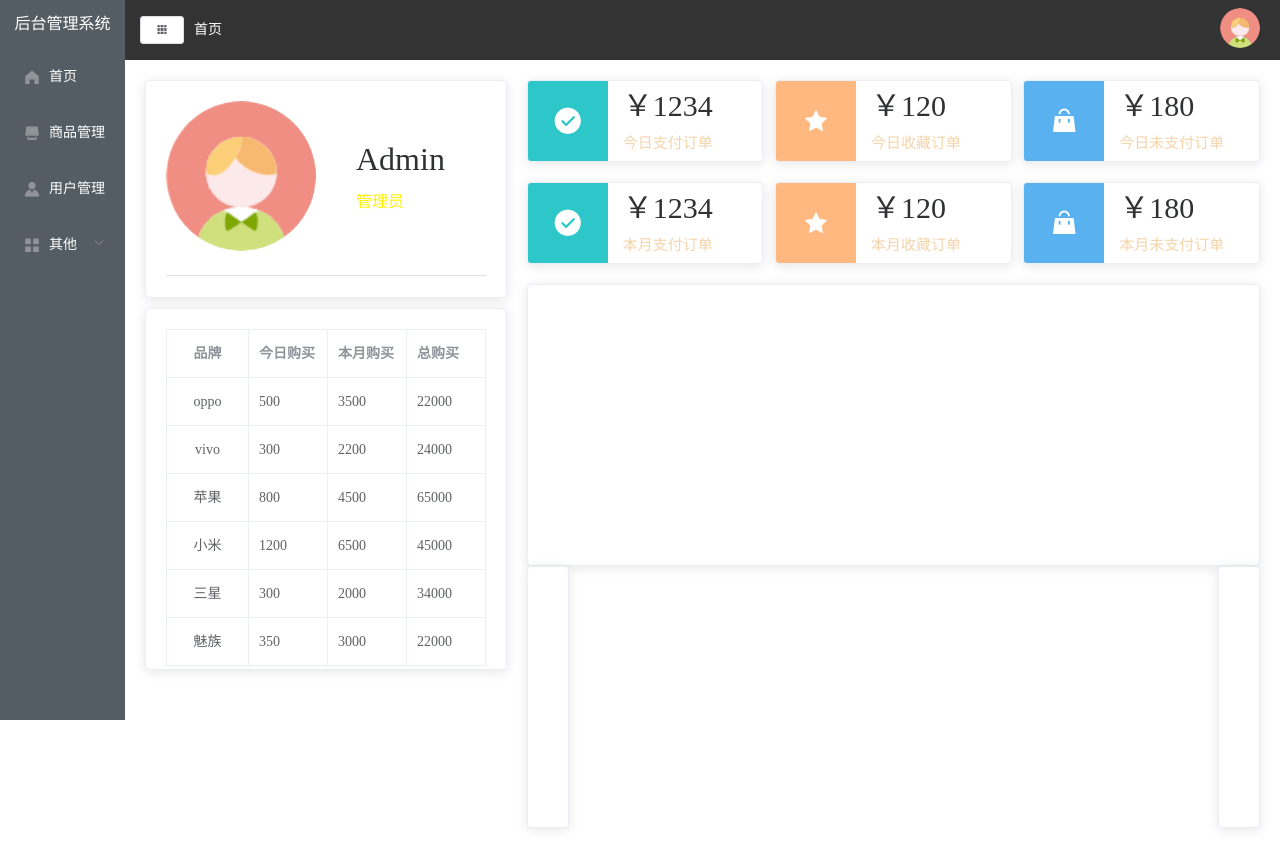
Repository: tkqi/manage
Page: /
The author's editor kept a copy of each file at every save. The page is drawn from the files as they stood at one save, then again after the next save.
The browser window is 1280 px wide. The pictures show the whole page.
The project was rebuilt for these pictures with package versions that can differ from the ones it lists, and the page was loaded fresh each time. Also part of the build but not shown: vue.config.js.

Above is the page before, as saved 2023-12-06 18:53:58.

### src/main.js
import Vue from 'vue'
import App from './App.vue'
import router from './router'
import store from './store'
import ElementUI from 'element-ui';
import 'element-ui/lib/theme-chalk/index.css';
import '@/api/mock'

Vue.config.productionTip = false
Vue.use(ElementUI);

new Vue({
  router,
  store,
  render: h => h(App)
}).$mount('#app')

### src/App.vue
<template>
  <div id="app">
    <!-- 路由出口 -->
    <router-view />
  </div>
</template>

<script>
export default {
  name: 'App'
}
</script>

<style lang="less">
html,
body,
h3,
p {
  margin: 0;
  padding: 0;
}
</style>

### src/router/index.js
/* eslint-disable no-unused-vars */
import Vue from 'vue'
import VueRouter from 'vue-router'
import routes from './routes'
Vue.use(VueRouter)


const router = new VueRouter({
  routes: routes
})

router.afterEach((to, from)=>{
  document.title = to.meta.title;
})

// 暴露router实例
export default router

### src/store/index.js
import Vue from 'vue'
import Vuex from 'vuex'
import tab from './tab.js'

Vue.use(Vuex)

const store = new Vuex.Store({
  state: {

  },
  getters: {
  },
  mutations: {
  },
  actions: {
  },
  modules: {
    tab
  }
})

export default store;

### src/api/mock.js
import mockjs from "mockjs";
import home from '@/api/MockServerData/home'


// 定义mock请求拦截
mockjs.mock('/api/home/getdata', 'get', home.getStatisticalData)

### src/router/routes.js
export default [
    // 主路由
    {
        path: '/',
        component: () => import('../views/Main.vue'),
        redirect: '/home',// 重定向
        // 子路由
        children: [
            {
                // 首页
                path: '/home',
                // 路由组件懒加载
                component: () => import('../views/Home.vue'),
                meta: { title: '首页' }
            },
            {
                // 用户管理
                path: '/user',
                component: () => import('../views/User.vue'),
                meta: { title: '用户管理' }
            },
            {
                // 商品管理
                path: '/mall',
                component: () => import('../views/Mall.vue'),
                meta: { title: '商品管理' }
            },
            {
                // 其他/页面1
                path: '/page1',
                component: () => import('../views/Page1.vue'),
                meta: { title: '页面1' }
            },
            {
                // 其他/页面2
                path: '/page2',
                component: () => import('../views/Page2.vue'),
                meta: { title: '页面2' }
            },
        ]
    },
    {
        path: '/home',
        // 路由组件懒加载
        component: () => import('../views/Home.vue')
    },
    {
        path: '/user',
        component: () => import('../views/User.vue')
    }
]

### src/store/tab.js
// 菜单相关数据
export default {
    state: {
        isCollapse: false
    },
    getters: {
        getisCollapse: (state) => state.isCollapse
    },
    mutations: {
        EDITIsCollapse(state){
            state.isCollapse = !state.isCollapse;
        }
    }
}

### src/api/MockServerData/home.js
// mock数据模拟
import Mock from 'mockjs'

// 图表数据
let List = []
export default {
  getStatisticalData: () => {
    //Mock.Random.float 产生随机数100到8000之间 保留小数 最小0位 最大0位
    for (let i = 0; i < 7; i++) {
      List.push(
        Mock.mock({
          苹果: Mock.Random.float(100, 8000, 0, 0),
          vivo: Mock.Random.float(100, 8000, 0, 0),
          oppo: Mock.Random.float(100, 8000, 0, 0),
          魅族: Mock.Random.float(100, 8000, 0, 0),
          三星: Mock.Random.float(100, 8000, 0, 0),
          小米: Mock.Random.float(100, 8000, 0, 0)
        })
      )
    }
    return {
      code: 20000,
      data: {
        // 饼图
        videoData: [
          {
            name: '小米',
            value: 2999
          },
          {
            name: '苹果',
            value: 5999
          },
          {
            name: 'vivo',
            value: 1500
          },
          {
            name: 'oppo',
            value: 1999
          },
          {
            name: '魅族',
            value: 2200
          },
          {
            name: '三星',
            value: 4500
          }
        ],
        // 柱状图
        userData: [
          {
            date: '周一',
            new: 5,
            active: 200
          },
          {
            date: '周二',
            new: 10,
            active: 500
          },
          {
            date: '周三',
            new: 12,
            active: 550
          },
          {
            date: '周四',
            new: 60,
            active: 800
          },
          {
            date: '周五',
            new: 65,
            active: 550
          },
          {
            date: '周六',
            new: 53,
            active: 770
          },
          {
            date: '周日',
            new: 33,
            active: 170
          }
        ],
        // 折线图
        orderData: {
          date: ['20191001', '20191002', '20191003', '20191004', '20191005', '20191006', '20191007'],
          data: List
        },
        tableData: [
          {
            name: 'oppo',
            todayBuy: 500,
            monthBuy: 3500,
            totalBuy: 22000
          },
          {
            name: 'vivo',
            todayBuy: 300,
            monthBuy: 2200,
            totalBuy: 24000
          },
          {
            name: '苹果',
            todayBuy: 800,
            monthBuy: 4500,
            totalBuy: 65000
          },
          {
            name: '小米',
            todayBuy: 1200,
            monthBuy: 6500,
            totalBuy: 45000
          },
          {
            name: '三星',
            todayBuy: 300,
            monthBuy: 2000,
            totalBuy: 34000
          },
          {
            name: '魅族',
            todayBuy: 350,
            monthBuy: 3000,
            totalBuy: 22000
          }
        ]
      }
    }
  }
}

### src/views/Main.vue
<!-- eslint-disable vue/multi-word-component-names -->
<template>
    <div>
        <el-container>
            <el-aside width="auto">
                <sidebar />
            </el-aside>
            <el-container>
                <el-header>
                    <topbar />
                </el-header>
                <el-main>
                    <transition>
                        <keep-alive>
                            <router-view />
                        </keep-alive>
                    </transition>
                </el-main>
            </el-container>
        </el-container>
    </div>
</template>

<script>
import sidebar from '../components/sidebar.vue'
import topbar from '../components/topbar.vue';
export default {
    components: {
        sidebar,
        topbar
    }
}
</script>

<style lang="less" scoped>
.el-header {
    padding: 0;
    margin: 0;
}
</style>

### src/views/Home.vue
<!-- eslint-disable vue/multi-word-component-names -->
<template>
    <el-row>
        <el-col :span="8" class="left-col">
            <div>
                <el-card class="box-card">
                    <div class="user">
                        <img class="img" src="../assets/img/user-default.png" alt="">
                        <div class="user-info">
                            <P class="name">Admin</P>
                            <p class="access">管理员</p>
                        </div>
                    </div>
                    <el-divider></el-divider>
                    <div class="login-info">
                        <p>上次登录时间: <span>2023-12-03</span></p>
                        <p>上次登录地点: <span>绍兴</span></p>
                    </div>
                </el-card>
                <el-card class="table">
                    <el-table :data="tableData" border style="width: 100%">
                        <el-table-column prop="name" label="品牌" :min-width="30" width="auto" align="center">
                        </el-table-column>
                        <el-table-column prop="todayBuy" label="今日购买" :min-width="30" width="auto">
                        </el-table-column>
                        <el-table-column prop="monthBuy" label="本月购买" :min-width="30" width="auto">
                        </el-table-column>
                        <el-table-column prop="totalBuy" label="总购买" :min-width="30" width="auto">
                        </el-table-column>
                    </el-table>
                </el-card>
            </div>
        </el-col>
        <el-col :span="16" class="right-col">
            <div class="buy">
                <el-card v-for="(item, index) in countData" :key="index" :body-style="{ display: 'flex', padding: 0 }">
                    <i class="icon" :class="`el-icon-${item.icon}`" :style="{ background: item.color }"></i>
                    <div class="buy-content">
                        <p class="value">{{ '￥' + item.value }}</p>
                        <p class="label">{{ item.label }}</p>
                    </div>
                </el-card>
            </div>
            <div>
                <el-card style="height: 280px;">
                    <!-- 折线图 -->
                </el-card>
            </div>
            <div class ="bottom-map">
                <el-card></el-card>
                <el-card></el-card>
            </div>
        </el-col>
    </el-row>
</template>

<script>

import { getData } from '@/api/index';
export default {
    data() {
        return {
            tableData: [],
            countData: [
                {
                    label: '今日支付订单',
                    value: 1234,
                    color: '#2ec7c9',
                    icon: 'success'
                },
                {
                    label: '今日收藏订单',
                    value: 120,
                    color: '#ffb980',
                    icon: 'star-on'
                },
                {
                    label: '今日未支付订单',
                    value: 180,
                    color: '#5ab1ef',
                    icon: 's-goods'
                },
                {
                    label: '本月支付订单',
                    value: 1234,
                    color: '#2ec7c9',
                    icon: 'success'
                },
                {
                    label: '本月收藏订单',
                    value: 120,
                    color: '#ffb980',
                    icon: 'star-on'
                },
                {
                    label: '本月未支付订单',
                    value: 180,
                    color: '#5ab1ef',
                    icon: 's-goods'
                }
            ]
        }
    },
    mounted() {
        getData().then(res => {
            console.log(res);
            const data1 = res.data.data;
            this.tableData = data1.tableData;
            console.log(data1);
        })
    }
}
</script>
<style lang="less" scoped>
.box-card {
    height: 30vh;

    .user {
        display: flex;
        align-items: center;
        padding-right: 0px;

        .user-info {
            .name {
                font-size: 32px;
                margin-bottom: 10px;
            }

            .access {
                color: #fff000;
            }
        }

        img {
            height: 150px;
            width: 150px;
            border-radius: 50%;
            margin-right: 40px;
        }
    }
}

.login-info {
    line-height: 25px;

    p {
        font-size: 12px;

        span {
            font-size: 12px;
            margin-left: 50px;
        }
    }
}

.table {
    margin-top: 10px;
    height: 50vh;

    el-table {
        height: 100%;
    }
}

.buy {
    display: flex;
    flex-wrap: wrap;
    justify-content: space-between;

    .icon {
        width: 80px;
        height: 80px;
        font-size: 30px;
        color: #fff;
        text-align: center;
        line-height: 80px;
    }

    .buy-content {
        display: flex;
        flex-direction: column;
        justify-content: center;
        margin-left: 15px;

        .value {
            font-size: 30px;
            line-height: 30px;
            margin-bottom: 10px;
            height: 30px;
        }

        .label {
            font-size: 15px;
            text-align: center;
            color: rgb(245, 212, 170);
        }
    }

    .el-card {
        width: 32%;
        margin-bottom: 20px;
    }
}

.right-col {
    padding-left: 10px;
}

.left-col {
    padding-right: 10px;
}

.bottom-map{
    display: flex;
    justify-content: space-between;
    align-items: center;
    .el-card{
        height: 260px;
    }
}
</style>

### src/components/sidebar.vue
<!-- eslint-disable vue/multi-word-component-names -->
<template>
    <el-menu class="menu" @open="handleOpen" @close="handleClose" :collapse="isCollapse" background-color="#545c64"
        text-color="#fff" active-text-color="#ffd04b">
        <h3>{{ !isCollapse?'后台管理系统':'后台' }}</h3>
        <el-menu-item v-for="item in noChildren" :key="item.name" :index="item.name" @click="clickMenu(item)">
            <i :class="`el-icon-${item.icon}`"></i>
            <span slot="title">{{ item.label }}</span>
        </el-menu-item>
        <el-submenu v-for="item in hasChildren" :key="item.label" :index="item.label">
            <template slot="title">
                <i :class="`el-icon-${item.icon}`"></i>
                <span slot="title">{{ item.label }}</span>
            </template>
            <el-menu-item-group v-for="subitem in item.children" :key="subitem.name">
                <el-menu-item :index="subitem.name" @click="clickSubmenu(subitem)">
                    <!-- <template slot="title"> -->
                    <i :class="`el-icon-${subitem.icon}`"></i>
                    <span slot="title">{{ subitem.name }}</span>
                    <!-- </template> -->
                </el-menu-item>
            </el-menu-item-group>
        </el-submenu>
    </el-menu>
</template>

<script>
export default {
    computed: {
        // 无子菜单
        noChildren() {
            return this.menuData.filter(o => !o.children);
        },
        // 有子菜单
        hasChildren() {
            return this.menuData.filter(o => o.children);
        },
        isCollapse() {
           return this.$store.state.tab.isCollapse;
        }
    },
    data() {
        return {
            // 使用store实时改变属性需要定义到computed
            // isCollapse: this.$store.getters('getisCollapse'),
            menuData: [
                {
                    path: '/',
                    name: 'home',
                    label: "首页",
                    icon: 's-home',
                    url: 'Home/Home'
                },
                {
                    path: '/mall',
                    name: 'mall',
                    label: "商品管理",
                    icon: 's-shop',
                    url: 'MallManage/MallManage'
                },
                {
                    path: '/user',
                    name: 'user',
                    label: "用户管理",
                    icon: 's-custom',
                    url: 'UserManage/UserManage'
                },
                {
                    label: '其他',
                    icon: 'menu',
                    children: [
                        {
                            path: '/page1',
                            name: 'page1',
                            label: "页面1",
                            icon: 's-claim',
                            url: 'Other/PageOne'
                        },
                        {
                            path: '/page2',
                            name: 'page2',
                            label: "页面2",
                            icon: 's-claim',
                            url: 'Other/PageTwo'
                        },
                    ]
                }
            ]
        };
    },
    methods: {
        handleOpen(key, keyPath) {
            console.log(key, keyPath);
        },
        handleClose(key, keyPath) {
            console.log(key, keyPath);
        },
        clickMenu(item) {
            console.log(this.$router.currentRoute.path);
            // 判断当前路由于点击链接的路由不一致才跳转
            if (item.path != this.$route.path && !(this.$route.path == '/home' && item.path == '/'))
                this.$router.push(item.path);
        },
        clickSubmenu(subitem) {
            // 判断当前路由于点击链接的路由不一致才跳转
            if (subitem.path != this.$route.path)
                this.$router.push(subitem.path);
        }
    }
}
</script>

<style lang="less" scoped>
.el-menu-vertical-demo:not(.el-menu--collapse) {
    width: 200px;
    min-height: 400px;
}

.menu {
    height: 100vh;
    border-right:0;
    h3 {
        color: rgb(255, 255, 255);
        text-align: center;
        line-height: 48px;
        font-size: 16px;
        font-weight: 400;
    }
}
</style>

### src/components/topbar.vue
<!-- eslint-disable vue/multi-word-component-names -->
<template>
    <div class="head-container">
        <div class="l-content">
            <el-button icon="el-icon-s-grid" size="mini" @click="changeCollapse()"/>
            <!-- 面包屑 -->
            <span class="text">首页</span>
        </div>
        <div class="r-content">
            <el-dropdown>
                <span class="el-dropdown-link">
                    <img class="img" src="../assets/img/user-default.png" alt="">
                </span>
                <el-dropdown-menu slot="dropdown">
                    <el-dropdown-item>个人中心</el-dropdown-item>
                    <el-dropdown-item>退出</el-dropdown-item>
                </el-dropdown-menu>
            </el-dropdown>
        </div>
    </div>
</template>

<script>
export default {
    data(){
        return{

        }
    },
    methods:{
        changeCollapse(){
            console.log(1);
            this.$store.commit('EDITIsCollapse');
        }
    }
}
</script>

<style lang="less" scoped>
.head-container {
    background-color: #333;
    height: 60px;
    display: flex;
    justify-content: space-between;
    align-items: center;
    padding-left: 15px;
    padding-right: 20px;
}

// .l-content {
//     padding-left: 15px;
// }

// .r-content {}

.text {
    color: white;
    font-size: 14px;
    padding-left: 10px;
}

.img{
    height: 40px;
    width: 40px;
    border-radius: 50%;
}
</style>

### src/api/index.js
import request from "@/utils/request";

// 请求首页数据接口
export function getData() {
    return request({
        url: '/home/getdata',
        method: 'get'
    })
}

### src/utils/request.js
import axios from 'axios'
// 简单的axios封装

// axios配置
const service = axios.create({
    // 通用请求地址，前缀
    baseURL: '/api',
    // 超时时间
    timeout: 10000,
})

// 添加请求拦截器
service.interceptors.request.use(function (config) {
    // 在发送请求之前做些什么
    return config;
}, function (error) {
    // 对请求错误做些什么
    return Promise.reject(error);
});

// 添加响应拦截器
service.interceptors.response.use(function (response) {
    // 2xx 范围内的状态码都会触发该函数。
    // 对响应数据做点什么
    return response;
}, function (error) {
    // 超出 2xx 范围的状态码都会触发该函数。
    // 对响应错误做点什么
    return Promise.reject(error);
});

export default service

Loaded but not shown: public/index.html (common file)

After the next save:
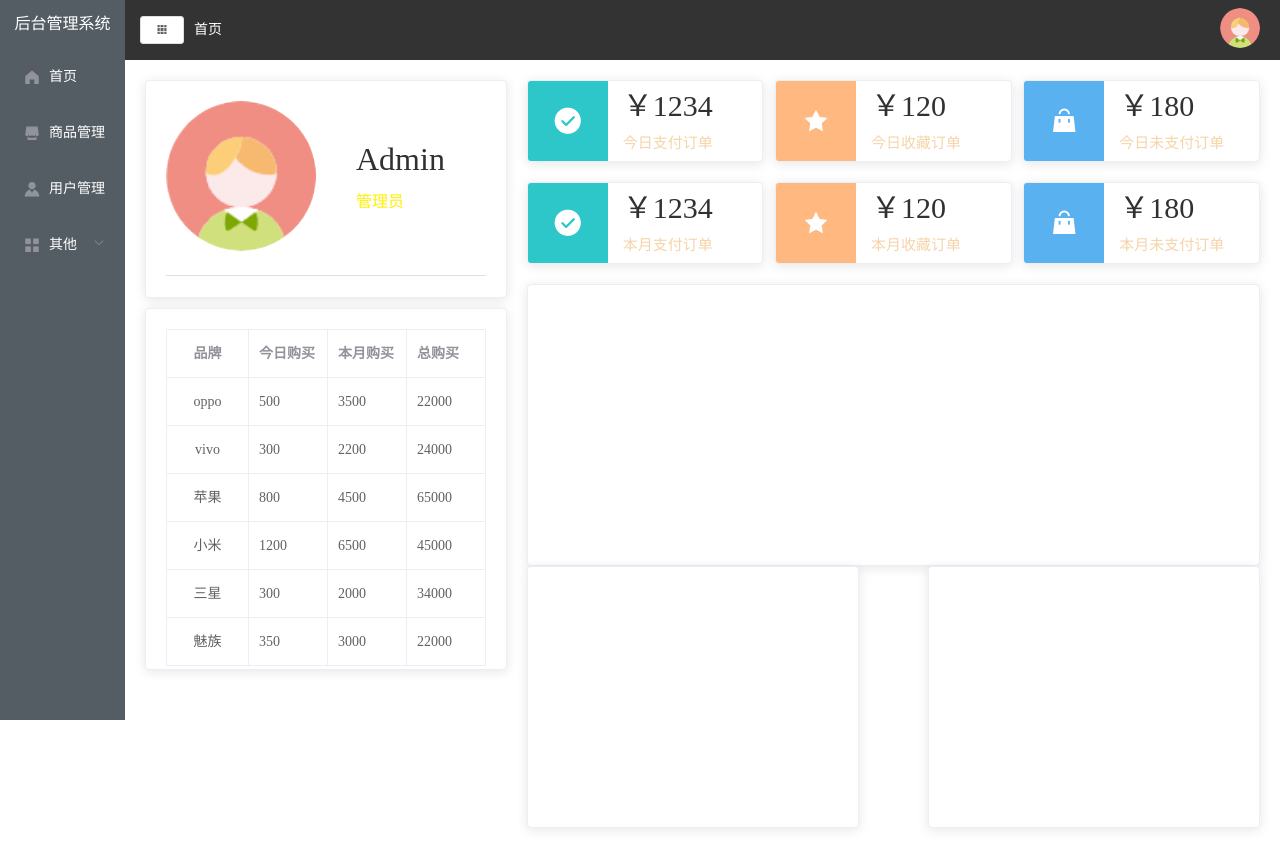
Saved 13 s later.
--- a/src/views/Home.vue
+++ b/src/views/Home.vue
@@ -216,6 +216,7 @@ export default {
     align-items: center;
     .el-card{
         height: 260px;
+        width: 45%;
     }
 }
 </style>
